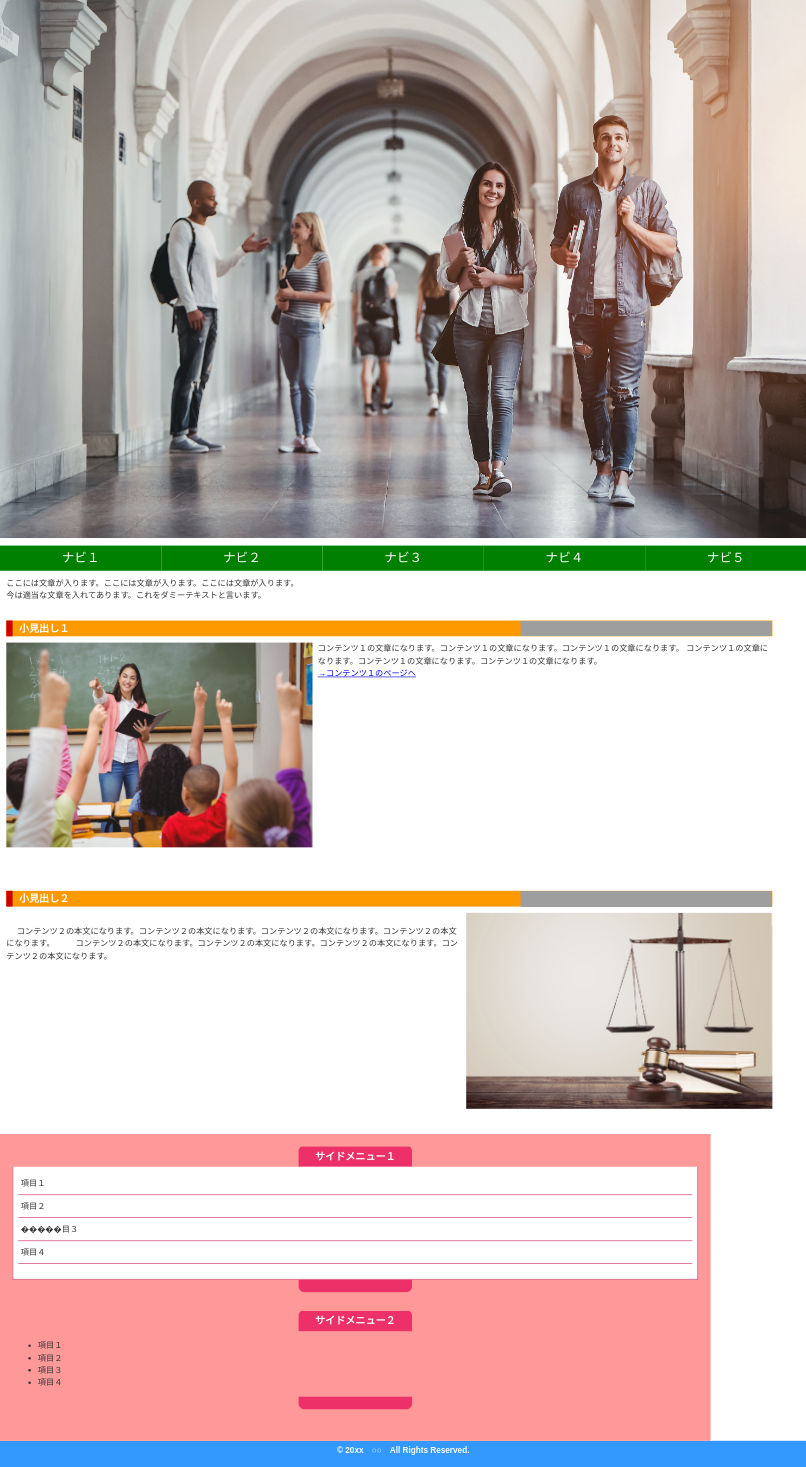
Repository: royal3773/samurai_HTML-CSS
Page: home/index.html
The author's editor kept a record of every edit. The page is drawn from the files as they stood at one moment, then again after the next edit.
The browser window is 1280 px wide. The pictures show the whole page, at 63% of full size.
Pictures or frames that could not be fetched are drawn as grey boxes.

Above is the page before.

After the next edit:
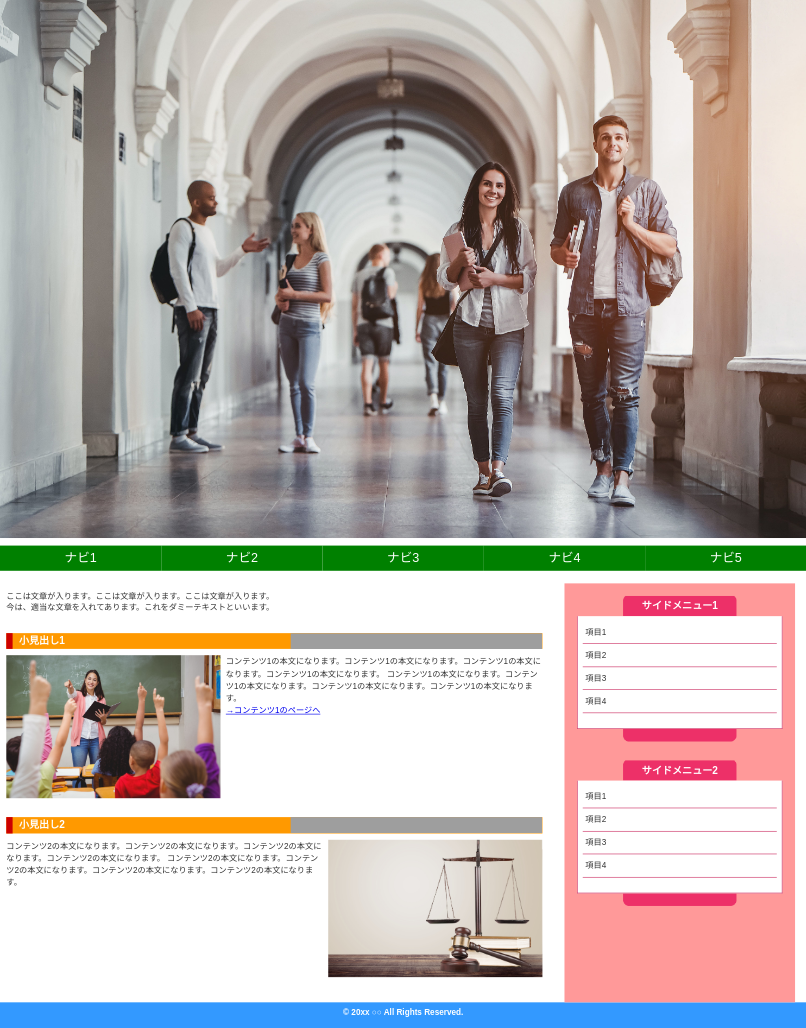
The edit:
--- a/home/index.html
+++ b/home/index.html
@@ -6,70 +6,70 @@
     <link rel="stylesheet" href="stylesheet2.css">
   </head>
   <body>
-     <div id="header">
-         <h1><a href="index.html"><img id="corridor" src="images/corridor.jpg" alt="大学の廊下" /></a></h1>
-     </div>
-     <div id="wrapper">
-     <div id="nav">
-         <ul>
-            <li><a herf="home.html">ナビ１</a></li>
-            <li><a herf="#">ナビ２</a></li>
-            <li><a herf="#">ナビ３</a></li>
-            <li><a herf="#">ナビ４</a></li>
-            <li><a herf="#">ナビ５</a></li>
-         </ul>
-     </div>
-     <div id"container">
-     <div id="main">
-         <div class="post">
-            <P>ここには文章が入ります。ここには文章が入ります。ここには文章が入ります。<br />今は適当な文章を入れてあります。これをダミーテキストと言います。</P>
-         </div>
-         <div class="post clearfix">
-            <h2>小見出し１</h2>
-            <img class="left" src="images/classroom.jpg" alt="授業風景"/>
-            <p>
-                コンテンツ１の文章になります。コンテンツ１の文章になります。コンテンツ１の文章になります。
-                コンテンツ１の文章になります。コンテンツ１の文章になります。コンテンツ１の文章になります。
-            </p>
-            <p><a href="#">→コンテンツ１のページへ</a></p>
-        　</div>
-        　<div class="post clearfix">
-        　   <h2>小見出し２</h2>
-        　   <img class="right" src="images/scale.jpg" alt="天秤"/>
-        　   <p>
-        　       コンテンツ２の本文になります。コンテンツ２の本文になります。コンテンツ２の本文になります。コンテンツ２の本文になります。
-        　     　コンテンツ２の本文になります。コンテンツ２の本文になります。コンテンツ２の本文になります。コンテンツ２の本文になります。
-        　   </p>
-        　</div>
-     </div>
-     </div>
-     <div id="side">
-         <div class="box">
-             <h2>サイドメニュー１</h2>
-             <div class="boxBody">
-                 <ul>
-                     <li>項目１</li>
-                     <li>項目２</li>
-                     <li>�����目３</li>
-                     <li>項目４</li>
-                 </ul>
-             </div>
-         </div>
-         <div class="box">
-             <h2>サイドメニュー２</h2>
-             <div calss="boxBody">
-                 <ul>
-                     <li>項目１</li>
-                     <li>項目２</li>
-                     <li>項目３</li>
-                     <li>項目４</li>
-                 </ul>
-             </div>
-         </div>
-     </div>
-     </div>
-     <div id="footer">
-         <p>&copy; 20xx　○○　All Rights Reserved.</p>
-     </div>
-  </body>
+        <div id="header">
+            <h1><a href="index.html"><img id="corridor" src="images/corridor.jpg" alt="大学の廊下" /></a></h1>
+        </div>
+        <div id="wrapper">
+            <div id="nav">
+                <ul>
+                    <li><a href="home.html">ナビ1</a></li>
+                    <li><a href="#">ナビ2</a></li>
+                    <li><a href="#">ナビ3</a></li>
+                    <li><a href="#">ナビ4</a></li>
+                    <li><a href="#">ナビ5</a></li>
+                </ul>
+            </div>
+            <div id="container">
+                <div id="main">
+                    <div class="post">
+                        <p>ここは文章が入ります。ここは文章が入ります。ここは文章が入ります。<br />今は、適当な文章を入れてあります。これをダミーテキストといいます。</p>
+                    </div>
+                    <div class="post clearfix">
+                        <h2>小見出し1</h2>
+                        <img class="left" src="images/classroom.jpg" alt="授業風景" />
+                        <p>
+                            コンテンツ1の本文になります。コンテンツ1の本文になります。コンテンツ1の本文になります。コンテンツ1の本文になります。
+                            コンテンツ1の本文になります。コンテンツ1の本文になります。コンテンツ1の本文になります。コンテンツ1の本文になります。
+                        </p>
+                        <p><a href="#">→コンテンツ1のページへ</a></p>
+                    </div>
+                    <div class="post clearfix">
+                        <h2>小見出し2</h2>
+                        <img class="right" src="images/scale.jpg" alt="天秤" />
+                        <p>
+                            コンテンツ2の本文になります。コンテンツ2の本文になります。コンテンツ2の本文になります。コンテンツ2の本文になります。
+                            コンテンツ2の本文になります。コンテンツ2の本文になります。コンテンツ2の本文になります。コンテンツ2の本文になります。
+                        </p>
+                    </div>
+                </div>
+                <div id="side">
+                    <div class="box">
+                        <h2>サイドメニュー1</h2>
+                        <div class="boxBody">
+                            <ul>
+                                <li>項目1</li>
+                                <li>項目2</li>
+                                <li>項目3</li>
+                                <li>項目4</li>
+                            </ul>
+                        </div>
+                    </div>
+                    <div class="box">
+                        <h2>サイドメニュー2</h2>
+                        <div class="boxBody">
+                            <ul>
+                                <li>項目1</li>
+                                <li>項目2</li>
+                                <li>項目3</li>
+                                <li>項目4</li>
+                            </ul>
+                        </div>
+                    </div>
+                </div>
+            </div>
+        </div>
+        <div id="footer">
+            <p>&copy; 20xx ○○ All Rights Reserved.</p>
+        </div>
+    </body>
 </html>
